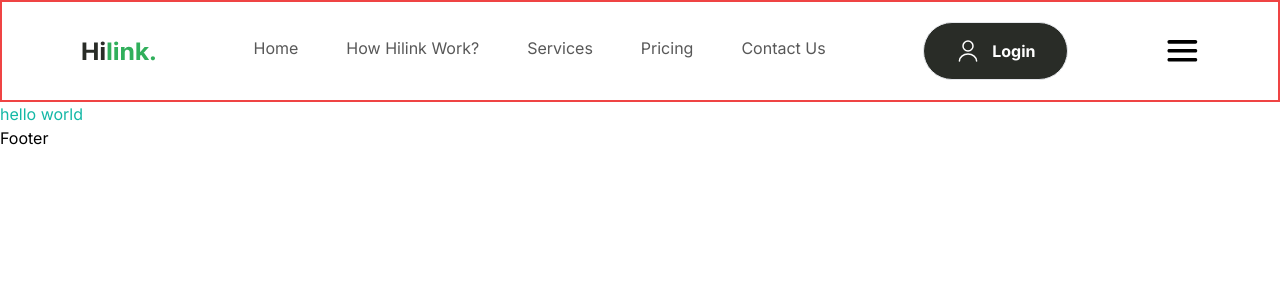
Repository: tarun4141/travel-app
Page: /
An editor plug-in stored every save of this project. The page is shown before and after a run of saves, followed by the edit.
The browser window is 1280 px wide. The pictures show the whole page.
The project was rebuilt for these pictures with package versions that can differ from the ones it lists, and the page was loaded fresh each time. The framework's server and built-in components were replaced by stand-ins that run in the browser. Also part of the build but not shown: next.config.mjs.

Above is the page before, as saved 2024-06-23 02:14:31.

After the next 25 saves:
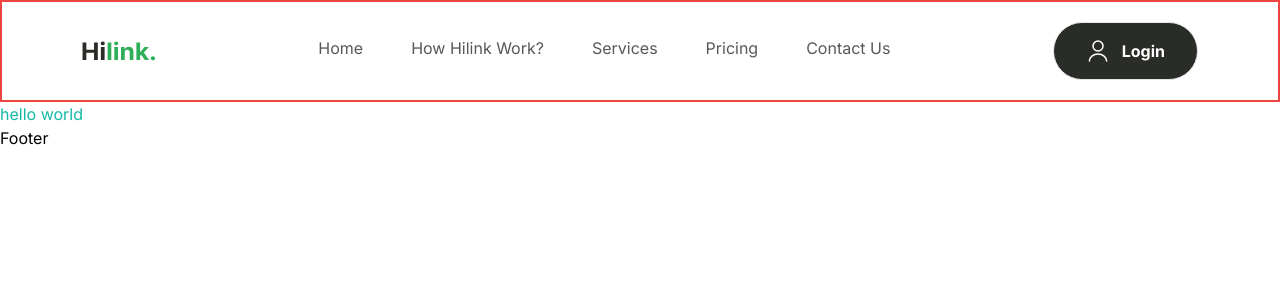
The 25 saves are shown as one change because 1 did not build or start and some came seconds apart.
The last was saved 41 s later.
--- a/components/Navbar.tsx
+++ b/components/Navbar.tsx
@@ -45,6 +45,7 @@ src="menu.svg"
 alt='menu'
 width={32}
 height={32}
+className='inline-block cursor-pointer lg:hidden'
 
 />
 
